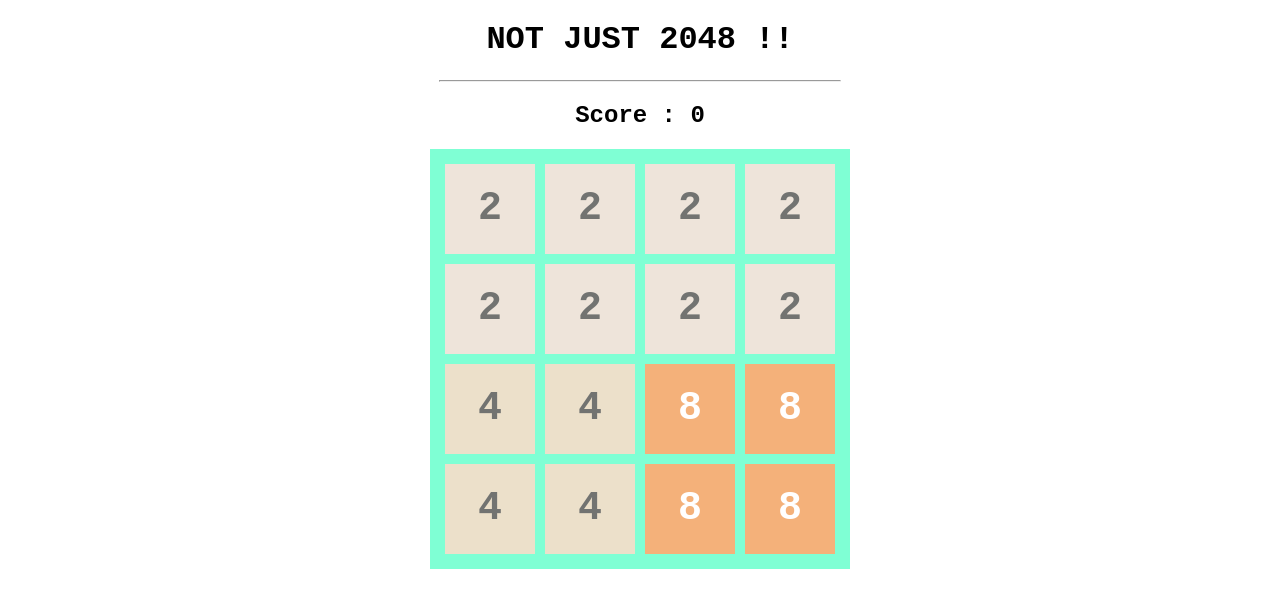
Repository: Prathamyadav1123/2048Game
Page: NotJust2048-main/2048.html
The author's editor kept a copy of each file at every save. The page is drawn from the files as they stood at one save, then again after a run of saves.
The browser window is 1280 px wide. The pictures show the whole page.

Above is the page before, as saved 2023-06-01 19:54:02.

After the next 2 saves:
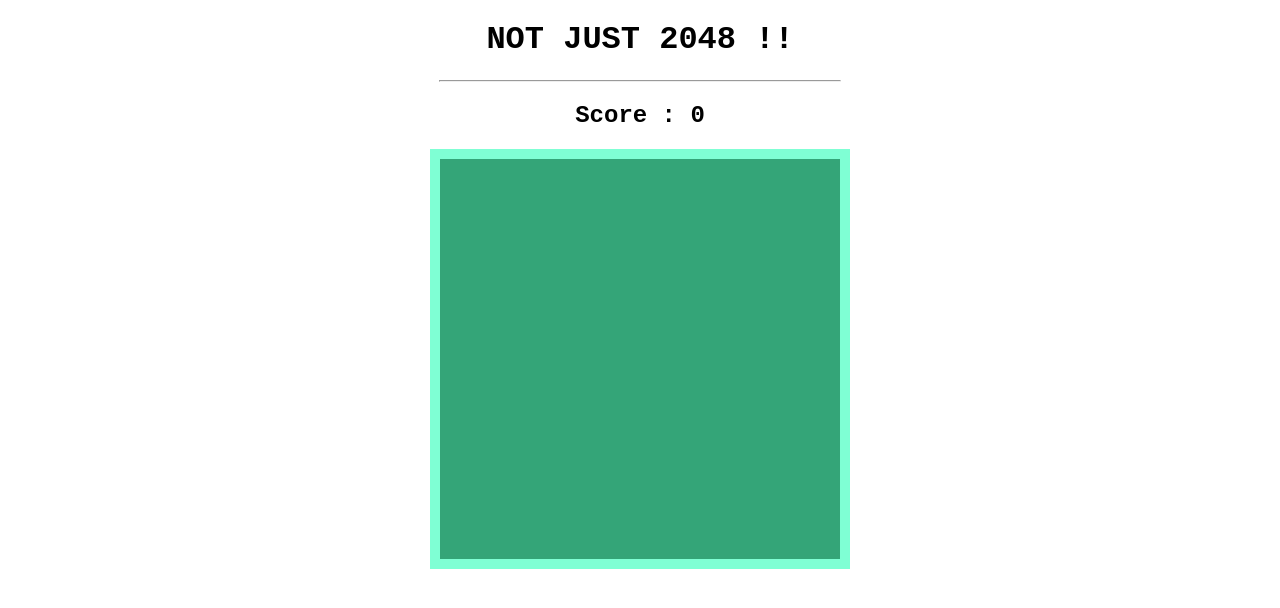
Console error: SyntaxError: Unexpected token ')'
The 2 saves are shown as one change because they came seconds apart.
The last was saved 7 s later.
--- a/NotJust2048-main/2048.js
+++ b/NotJust2048-main/2048.js
@@ -32,7 +32,7 @@
         let c= Math.floor(Math.random()*columns);
         if(board[r][c] == 0){
             board[r][c] =2;
-            let tile  = document.getElementById(r.toString)
+            let tile  = document.getElementById(r.toString() + +-)
         }
     }
 }

After the 6 saves that followed:
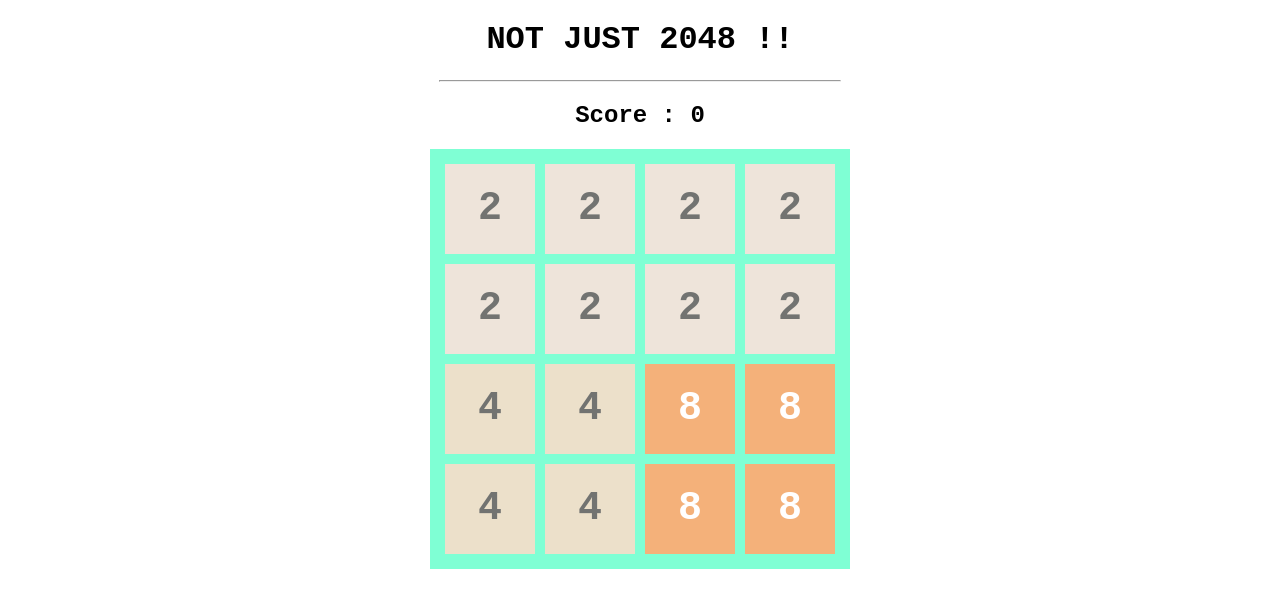
The error is gone.
The 6 saves are shown as one change because 1 left the picture as it was and some came seconds apart.
The last was saved 19 s later.
--- a/NotJust2048-main/2048.js
+++ b/NotJust2048-main/2048.js
@@ -32,7 +32,8 @@
         let c= Math.floor(Math.random()*columns);
         if(board[r][c] == 0){
             board[r][c] =2;
-            let tile  = document.getElementById(r.toString() + +-)
+            let tile  = document.getElementById(r.toString() + "-" + c.toString());
+
         }
     }
 }
